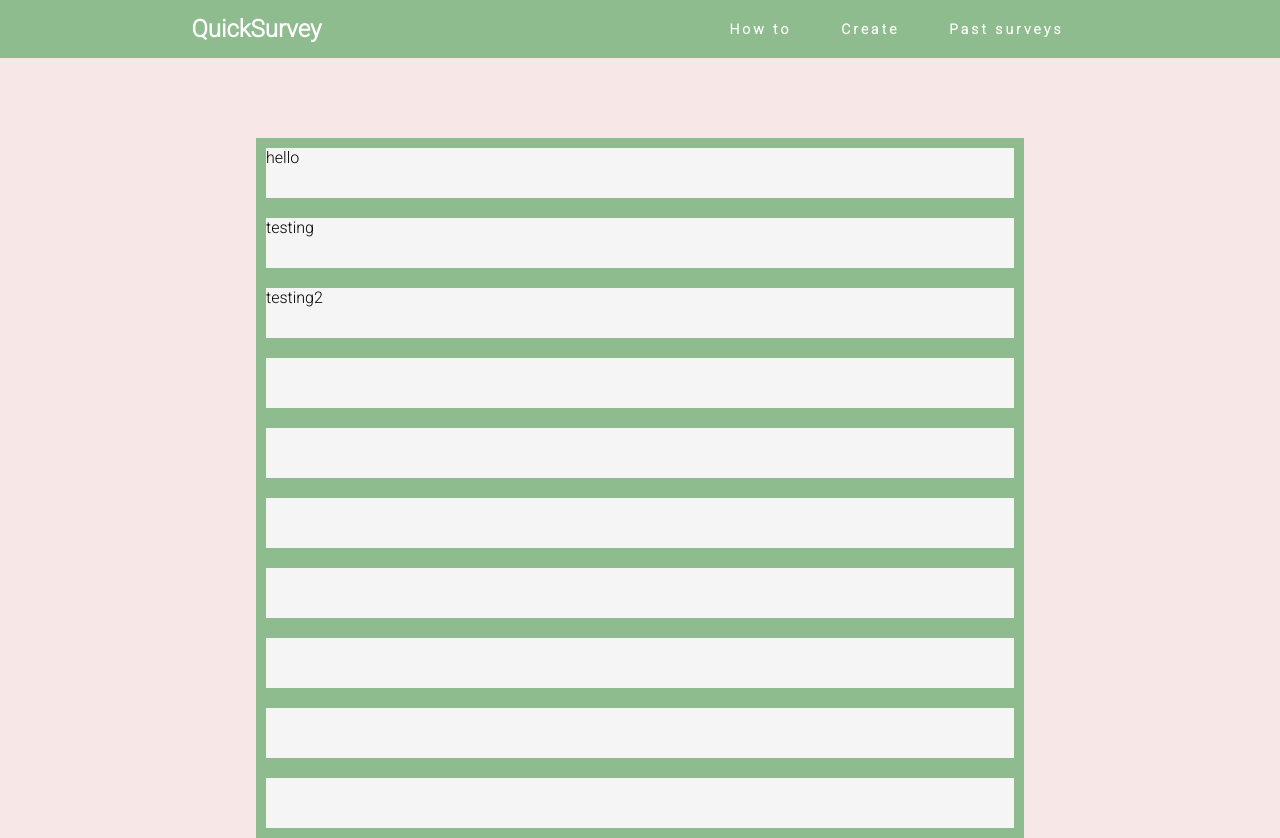
Repository: cakuang1/QuickSurvey
Page: pastsurveys.html
These files come from the project's save history. The page is drawn as it stood at one moment and after a run of saves; the edit follows.
The browser window is 1280 px wide. The pictures show the whole page.
Some web libraries are served in a nearby version.

Above is the page before, as saved 2022-01-06 21:57:50.
Console error: TypeError: Cannot read properties of null (reading 'cloneNode')

### pastsurveys.html
<!DOCTYPE html>
<html>
<head>
    <title>QuickSurvey</title>
    <link href="https://fonts.googleapis.com/css2?family=Roboto:wght@300&display=swap" rel="stylesheet">
    <meta charset="UTF-8">
    <link rel="stylesheet" href="style.css">
    <script src="app.js" defer></script>
    <script src="https://kit.fontawesome.com/71865f0e2e.js" crossorigin="anonymous"></script>


</head>

<body>
        <nav class="navbar">
            <div class = 'heading'>
                <h2 id = "logo">QuickSurvey</h2>
            </div>
            <ul class="nav-menu">
                <li><a href="index.html" >How to</a></li>
                <li><a href="create.html">Create</a></li>
                <li><a href="pastsurveys.html">Past surveys</a></li>
            </ul>
        </nav>

    </div>

    <div class="wrapper">
        <div class="holders">hello</div>
        <div class="holders">testing</div>
        <div class="holders">testing2</div>
        <div class="holders"></div>
        <div class="holders"></div>
        <div class="holders"></div>
        <div class="holders"></div>
        <div class="holders"></div>
        <div class="holders"></div>
        <div class="holders"></div>
    </div>
</body>

### style.css
* {
    box-sizing: border-box;
    margin: 0;
    padding: 0;
    font-family: 'Roboto', sans-serif;
}
body{
    background-color: #f7e7e7;


}
nav {
    display: flex;
    justify-content: space-around;
    align-items: center;
    min-height: 8vh;
    background-color: darkseagreen;
}

.nav-menu {
    display: flex;
    justify-content: space-around;
    width: 30%;
}


.creates {
    text-align: center;
    max-width: 140px;
    height:70px;

    padding: 0;
    border-color: darkseagreen;
    color: #000;
    font-size: 12px;
}
.nav-menu li {
    list-style: none;
}
.nav-menu a{
    color:white;
    text-decoration: none;
    letter-spacing: 3px;
    font-weight: bold;
    font-size: 14px;
    padding: 14px 16px;

}
.nav-menu li a:hover:not(.active){
    background-color: lightseagreen;
}
.nav-ment li a.active {
    background-color: darkseagreen;
}



.namecontainer {
    background-color: white;
    width: 50%;
    margin: auto;
    margin-bottom: 1em;
    margin-top: 1em;
    border-top: 7px solid darkseagreen;
    height: 125px;

}

.namecontainer:active {
    background-color: red;
}

.namecontainer input {
    width: 90%;
    height: 50px;
    background: transparent;
    border-top: none;
    border-right: none;
    border-left: 2px solid darkseagreen;
    border-bottom: 2px solid darkseagreen;
    font-size: 35px;
    outline: none;
    padding-top: 20px;
    display: inline-block
}
.adds {
    border: none;
}

h1 {
    text-indent: 10px;
    color:  darkseagreen;
}

form {
    padding-left: 10px;
}
.fas {
    color: gray;
    font-size: 30px;

}
.fas:hover {

    color: darkseagreen;
}

#home {
    background-color: rgb(176, 226, 176);
}

#logo {
    color: white;
}

#listcontainer {
    padding-top: 100px;
    width: fit-content;
    margin: auto;

}

ol {
    padding-top: 25px;
}

ol li {
    font-size: 50px;
    color: white;

}

.formdiv {
    background-color: white;
    width: 50%;margin: auto;margin-bottom: 1em; margin-top: 1em;border-top: 7px solid darkseagreen;
    text-align: center;
    height: 150px;
}
.formdiv form {
    height: auto;
}

.formdiv {

}

.formdiv form input{
    height: 30px;
    border: none;
    width: 80%;


}
.wrapper {
    background-color: darkseagreen;
    display: flex;
    flex-direction: column;
    min-height: 100px;
    width: 60%;
    margin: auto;
    margin-top: 80px;

}
.wrapper .holders {
    background-color:whitesmoke;
    margin:10px;
    height: 50px;
}

### app.js
//selectors
let addbutton = document.querySelector(".adds");
const list = document.querySelector("div");
const endbutton =document.querySelector(".creates");
let questionsdivs = document.querySelectorAll(".formdivs")
let array = [];

// creatinig formstruction
const formstructure = document.createElement('select');
const option1 = document.createElement('option');
const option2 = document.createElement('option');
const option3 = document.createElement('option');
option1.innerText = "True or False";
option2.innerText = "Yes or No";
option3.innerText = "Multiple choice";
formstructure.appendChild(option1);
formstructure.appendChild(option2);
formstructure.appendChild(option3);



// creating question container
let newdiv = document.createElement("div");
let linebreak = document.createElement("br");
let linebreak2 = document.createElement("br");
let newform = document.createElement("form");
let inp = document.createElement("input");
    inp.setAttribute("placeholder","Question")
let fcopy = formstructure.cloneNode(true);
let butt = addbutton.cloneNode(true);

newdiv.appendChild(newform);
newform.appendChild(inp);
newform.appendChild(fcopy);
newdiv.appendChild(linebreak);
newdiv.appendChild(butt);
newdiv.appendChild(linebreak2);

newdiv.classList.add("formdiv");


addbutton.addEventListener("click",addanother)
function addanother() {
    let clone = newdiv.cloneNode(true);
    let selectedbutton = clone.childNodes[2];
    selectedbutton.classList.add("questionsbuttons");


    document.body.appendChild(clone);
    document.body.appendChild(endbutton);
    array.push(newdiv);
    console.log(array);
}



let formselector = document.querySelectorAll('formdiv')

function emptyinput(input) {
    if (inputtxt.value.length == 0)
    {
        return true;
    }
    else {
        return false;

    }
}

After the next 3 saves:
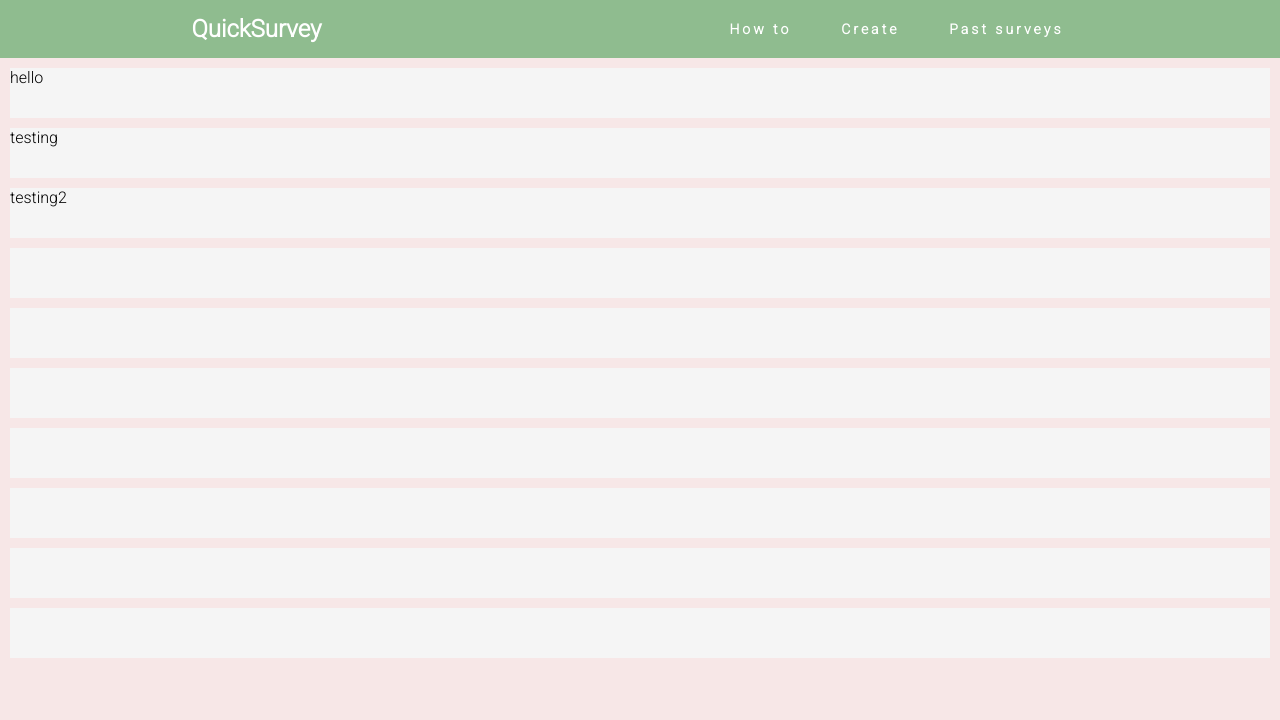
The 3 saves are shown as one change because they came seconds apart.
The last was saved 11 s later.
--- a/style.css
+++ b/style.css
@@ -151,6 +151,9 @@
 
 
 }
+
+.
+}
 .wrapper {
     background-color: darkseagreen;
     display: flex;

After the 2 saves that followed:
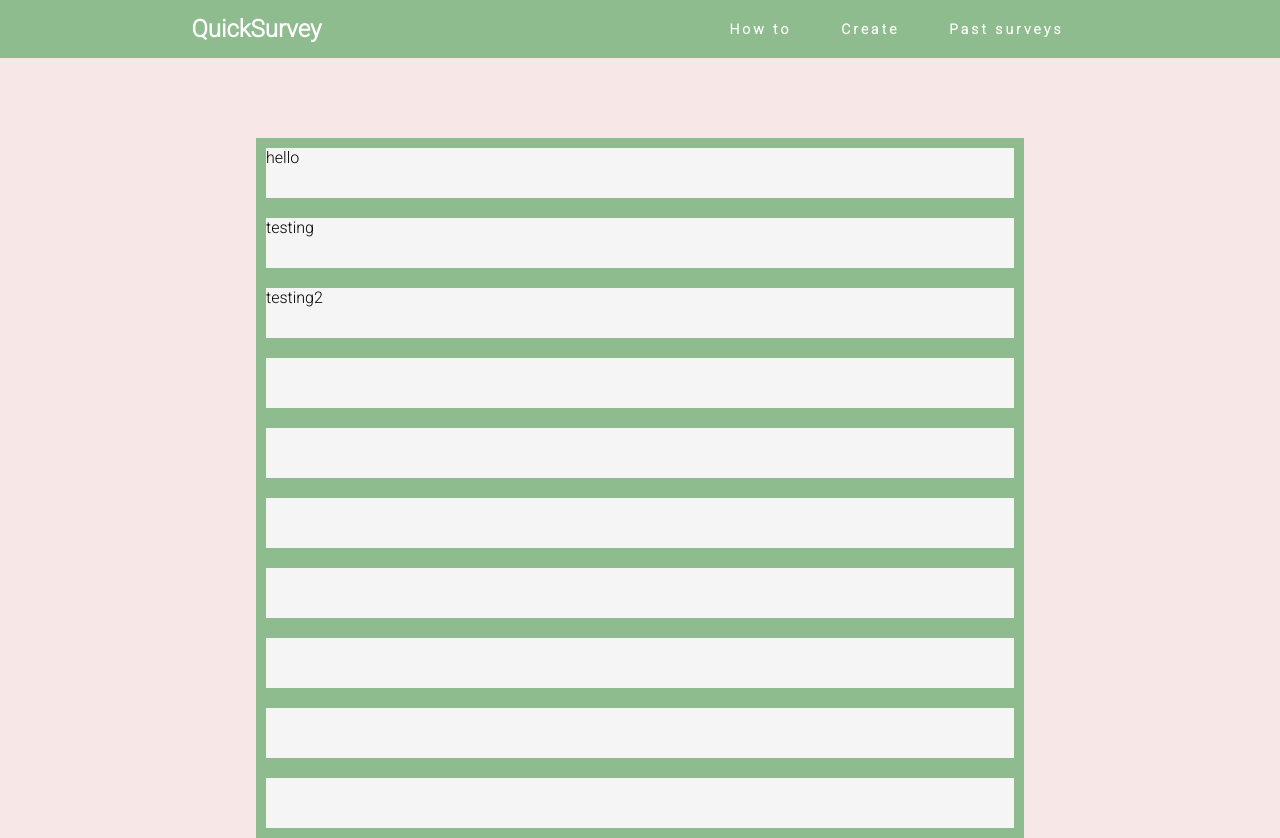
The 2 saves are shown as one change because they came seconds apart.
The last was saved 6 s later.
--- a/style.css
+++ b/style.css
@@ -152,7 +152,8 @@
 
 }
 
-.
+.upperdiv {
+
 }
 .wrapper {
     background-color: darkseagreen;
